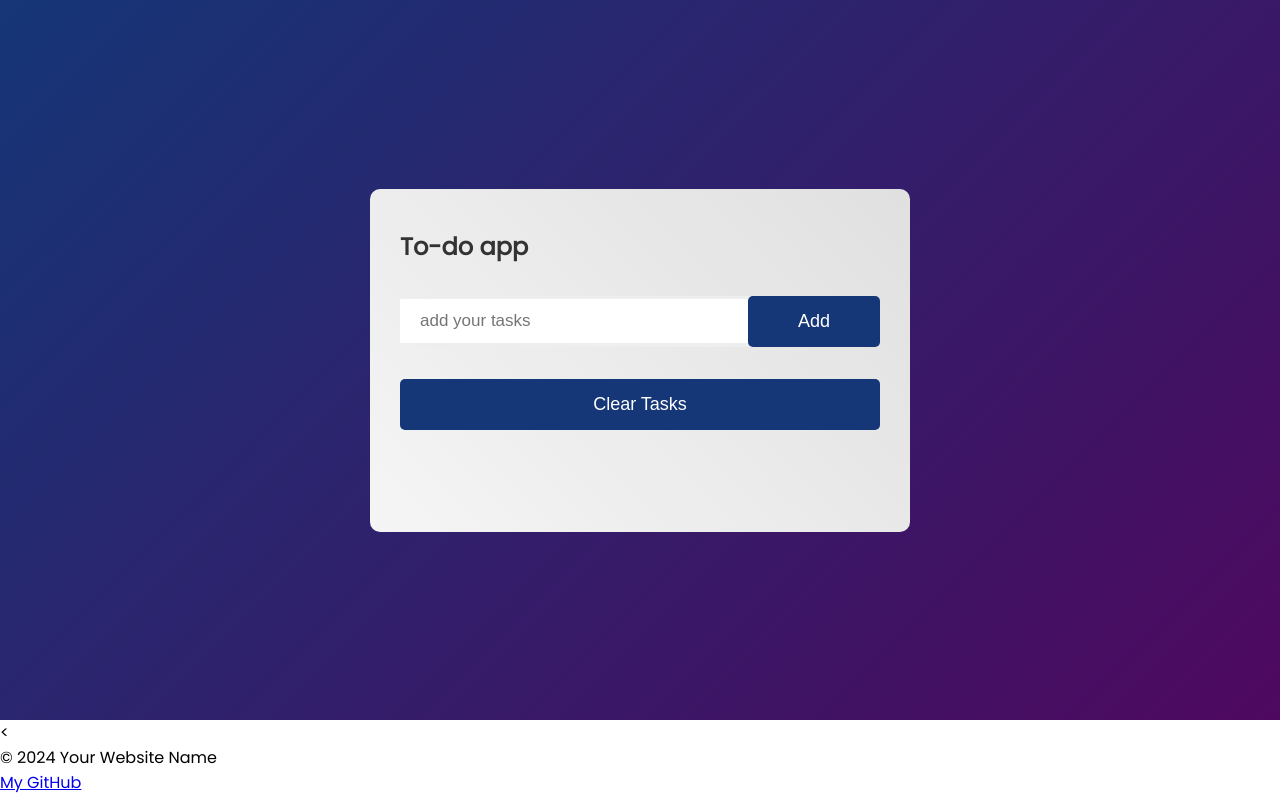
Repository: samoshi/To-do
Page: http://localhost/
These files come from the project's save history. The page is drawn as it stood at one moment and after the next save; the edit follows.
The browser window is 1280 px wide. The pictures show the whole page.
The page is served by the project's application, run on Flask 3 (app/app.py). Queries for data that is not in the repository find no rows.

Above is the page before, as saved 2024-01-14 22:26:35.

After the next save:
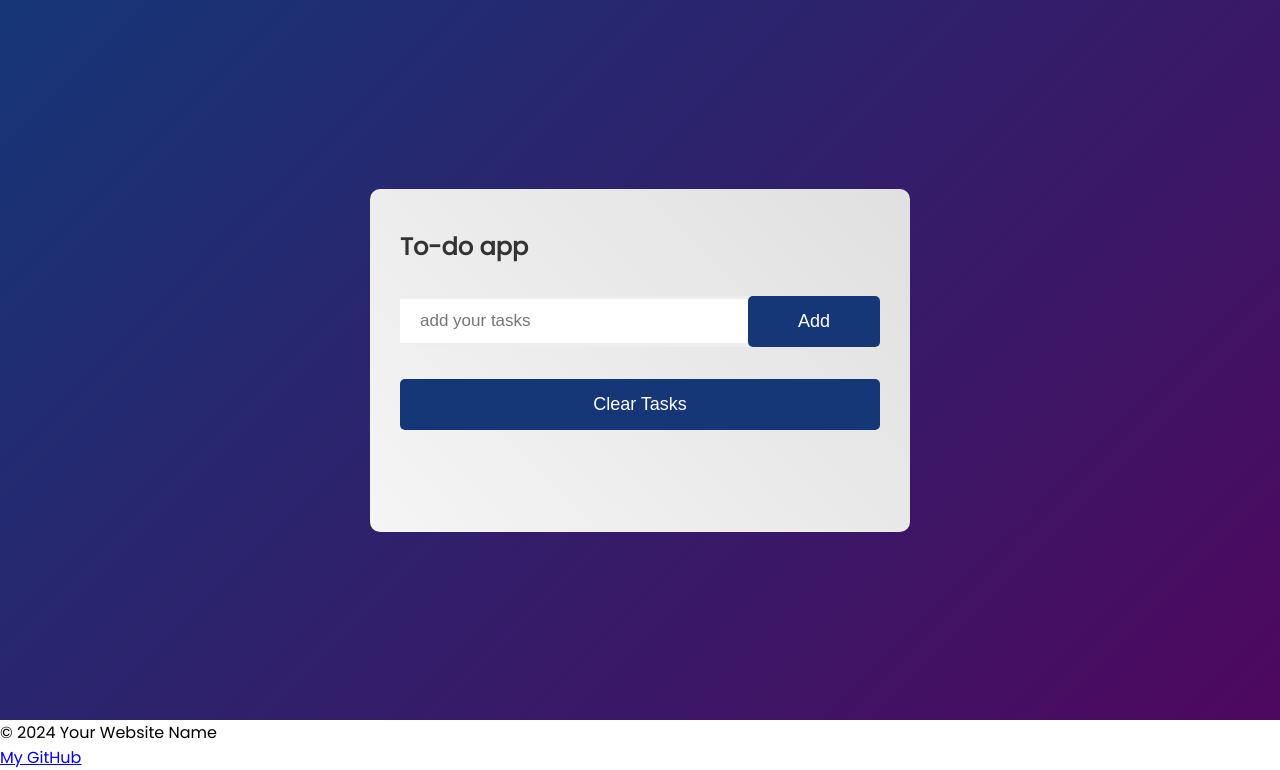
Saved 4 s later.
--- a/app/templates/index.html
+++ b/app/templates/index.html
@@ -42,7 +42,7 @@
             </ul>
         </div>
     </div>
-    <    <div class="footer">
+    <div class="footer">
         &copy; 2024 Your Website Name
     </div>
     <a href="https://github.com/YourGitHubUsername" class="github-link" target="_blank">
